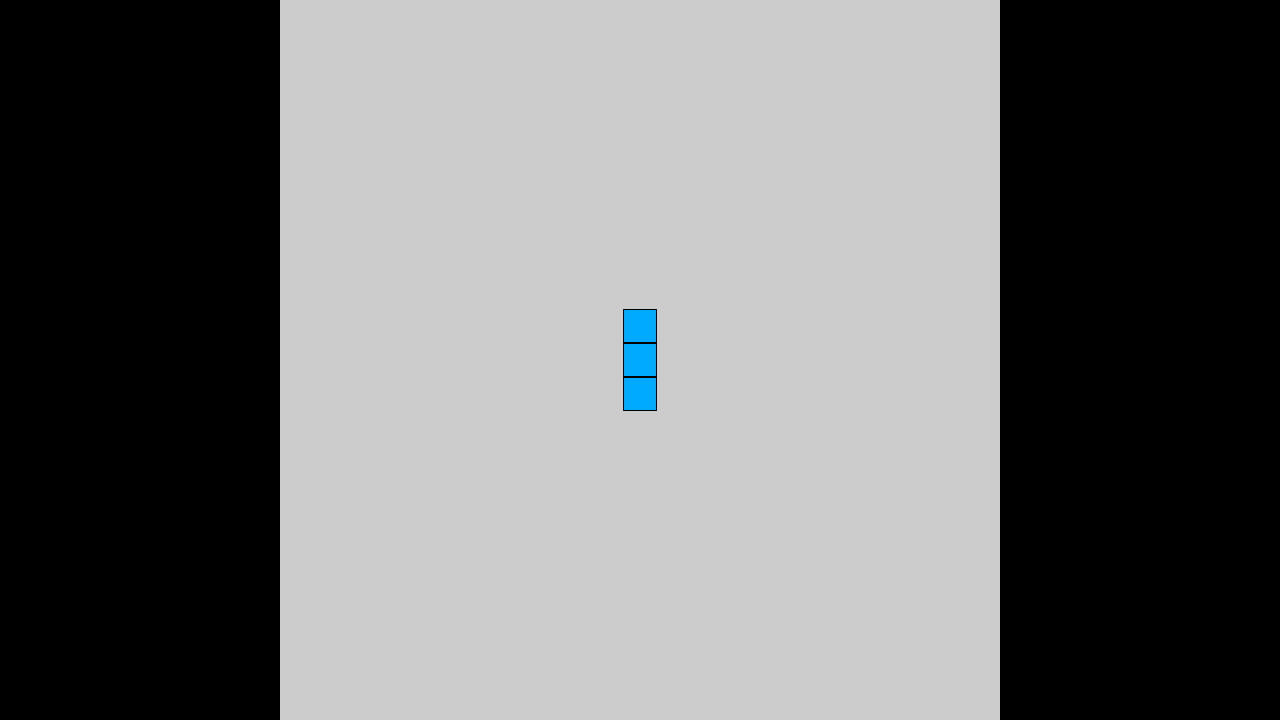
Repository: jinghuai8092/Snake_Game
Page: index.html
The author's editor kept a copy of each file at every save. The page is drawn from the files as they stood at one save, then again after the next save.
The browser window is 1280 px wide. The pictures show the whole page.

Above is the page before, as saved 2021-11-16 13:58:08.

After the next save:
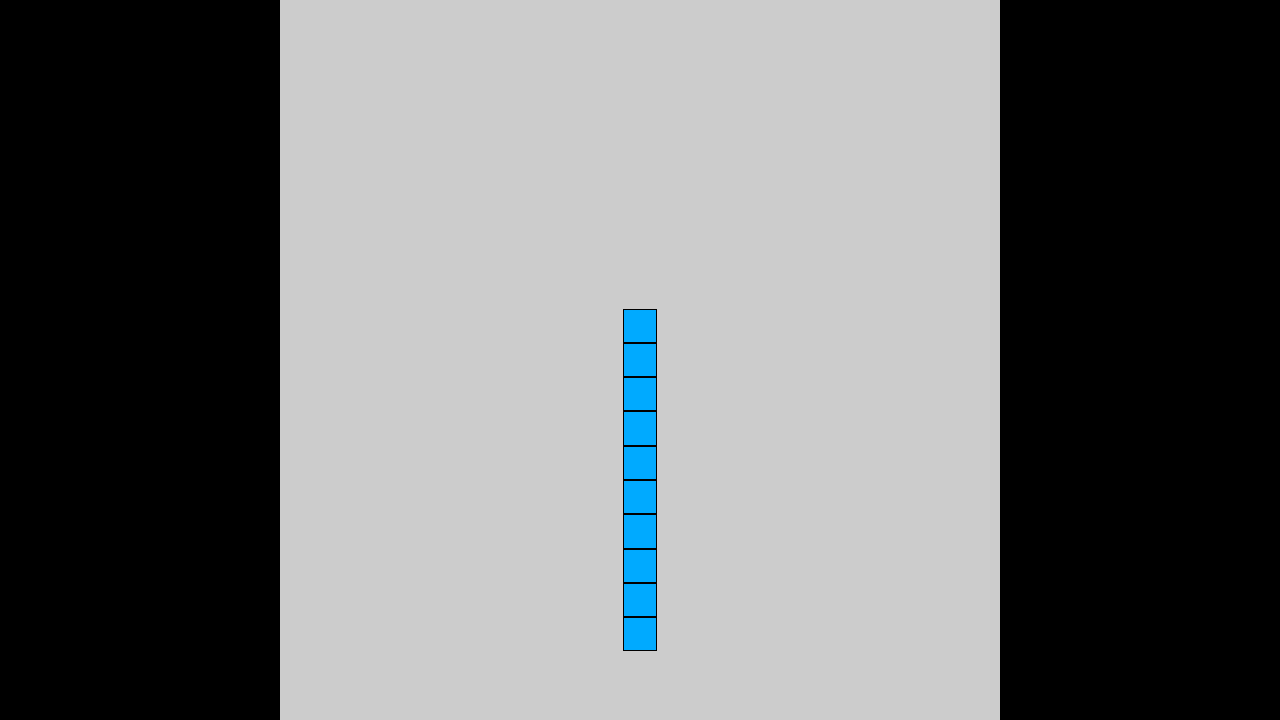
Saved 2 min 48 s later.
--- a/snake.js
+++ b/snake.js
@@ -6,7 +6,12 @@ const snakeBody=[
 ];
 
 export function update(){
-    console.log('update snake')
+    for(let i=snakeBody.length-2;i>=0;i--){
+        snakeBody[i+1]={...snakeBody[i]}
+    }
+
+    snakeBody[0].x+=1
+    snakeBody[0].y+=0
 }
 export function draw(gameBoard){
 snakeBody.forEach(segment=>{
